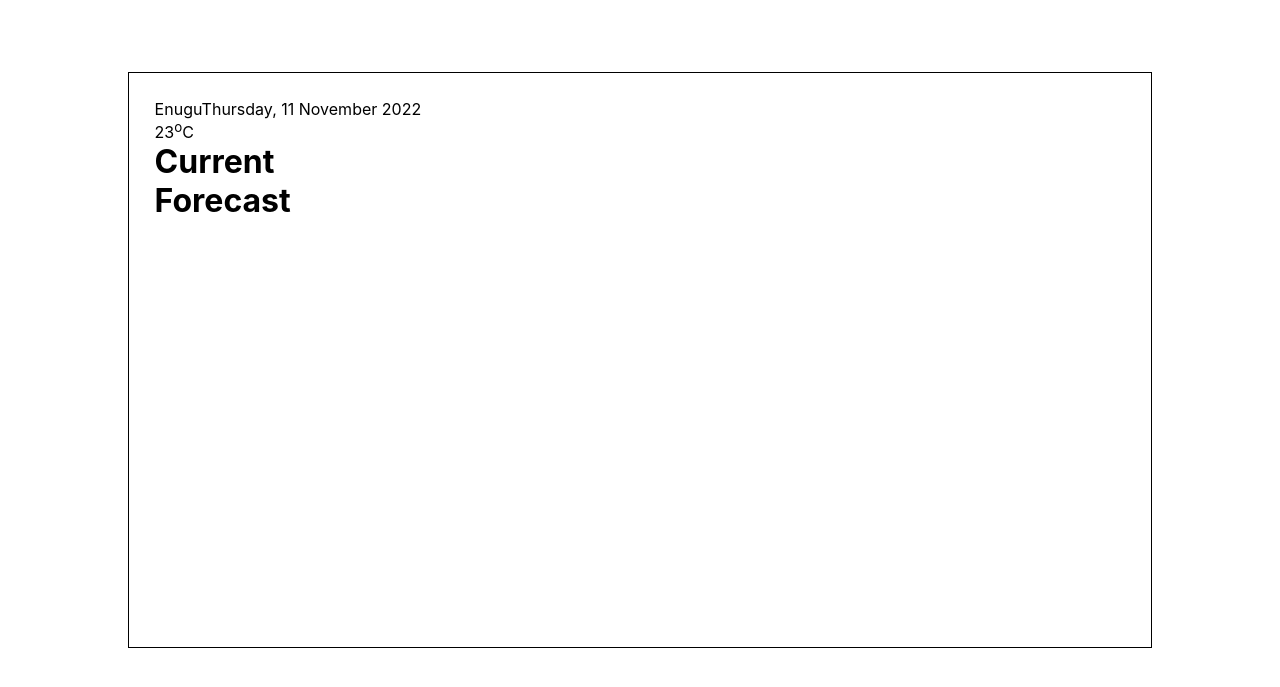
Repository: debthebuilder/bloom
Page: /
These files come from the project's save history. The page is drawn as it stood at one moment and after a run of saves; the edit follows.
The browser window is 1280 px wide. The pictures show the whole page.
The project was rebuilt for these pictures with package versions that can differ from the ones it lists, and the page was loaded fresh each time. Also part of the build but not shown: src/components/Splash.js.

Above is the page before, as saved 2022-11-10 23:42:17.

After the next 2 saves:
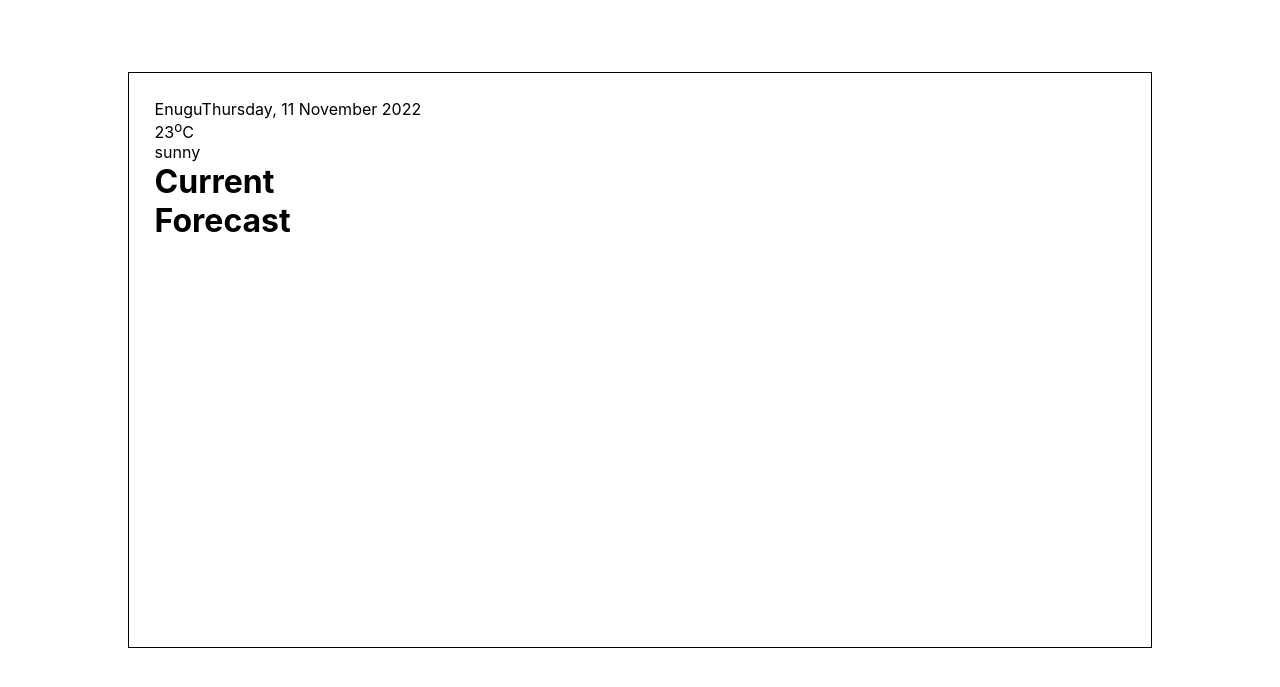
The 2 saves are shown as one change because they came seconds apart.
The last was saved 22 s later.
--- a/src/components/Current.js
+++ b/src/components/Current.js
@@ -10,6 +10,7 @@ export const Current = () => {
                     <span className="temperature">23</span>
                     <span className="unit"><sup>o</sup>C</span>
                 </div>
+                <span>sunny</span>
             </div>
             <h1>Current</h1>
         </div>
